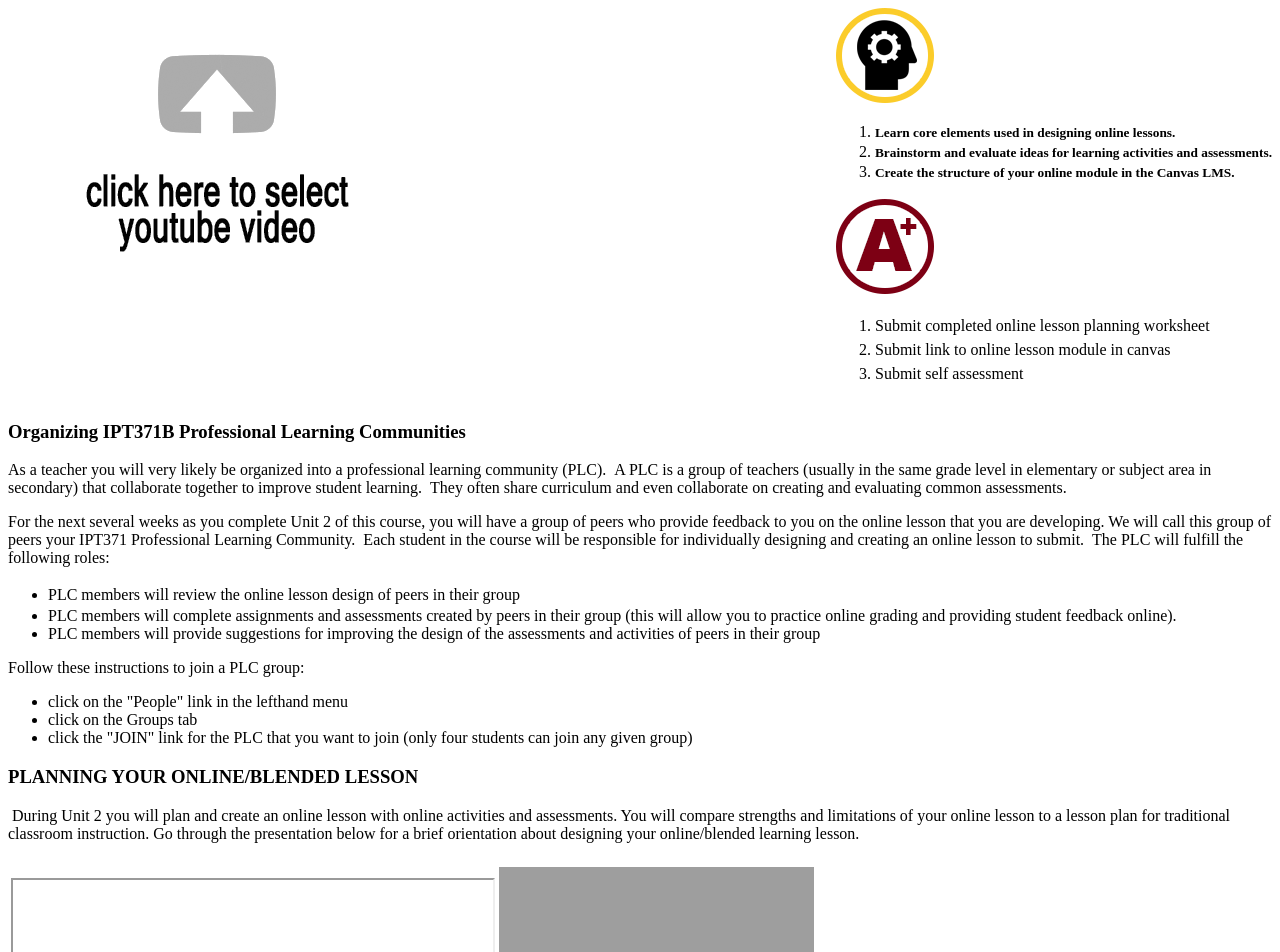
Repository: jaerod95/BYU
Page: IPT 371C/main.html
The author's editor kept a record of every edit. The page is drawn from the files as they stood at one moment, then again after the next edit.
The browser window is 1280 px wide. The pictures show the part of the page from y = 0 to 952 px (the page is 4857 px tall before and 4818 px after).
Pictures or frames that could not be fetched are drawn as grey boxes.

Above is the page before.

After the next edit:
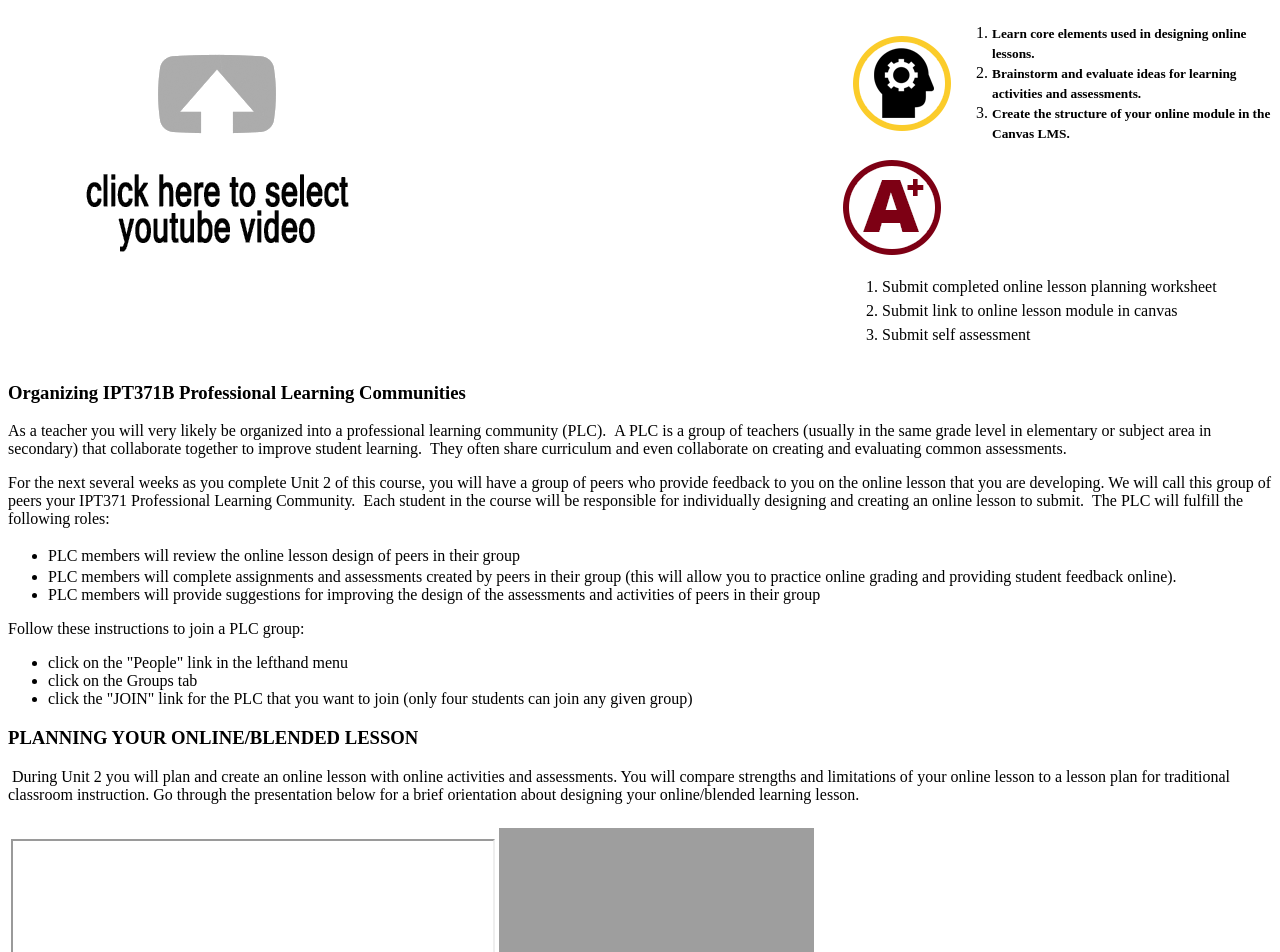
The edit:
--- a/IPT 371C/main.html
+++ b/IPT 371C/main.html
@@ -17,10 +17,10 @@
                     <img id="videoButton" src="youtube.png" />
                 </div>
             </div>
-            <div class="rightside">
-                <div class="ipt371ao blueboxipt">
-                    <div class="bbimg"><img src="quest.png" /></div>
-                    <div class="outcomes">
+            <div class="JR_rightside">
+                <div class="JR_ipt371ao blueboxipt">
+                    <div class="JR_bbimg"><img src="quest.png" /></div>
+                    <div class="JR_outcomes">
                         <ol>
                             <li style="text-align: left;"><strong><span style="font-size: 10pt; line-height: 1.5; background-color: transparent;">Learn core elements used in designing online lessons.</span></strong></li>
                             <li style="text-align: left;"><strong><span style="font-size: 10pt; line-height: 1.5; background-color: transparent;">Brainstorm and evaluate ideas for learning activities and assessments.</span></strong></li>
